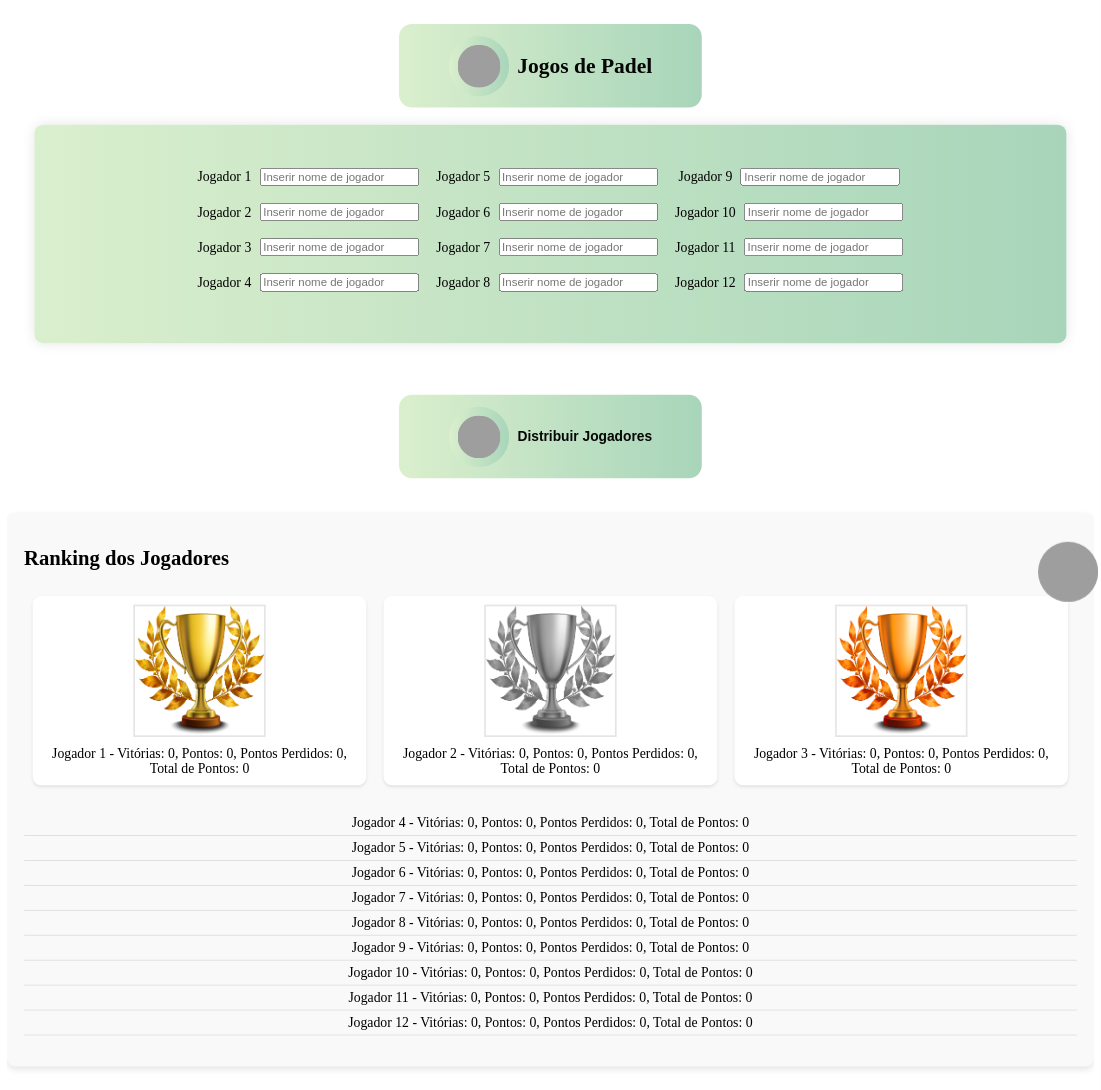
Repository: MarcioMiguel22/PadelMaster
Page: /calculadora
These files come from the project's save history. The page is drawn as it stood at one moment and after the next save; the edit follows.
The browser window is 1280 px wide. The pictures show the whole page, at 86% of full size.
Pictures or frames that could not be fetched are drawn as grey boxes. The project was rebuilt for these pictures with package versions that can differ from the ones it lists, and the page was loaded fresh each time. Also part of the build but not shown: vite.config.ts, src/pages/Home/Home.module.css, src/pages/Home/Home.tsx, src/components/components_calculadora/TrocarJogadoresButton.module.css, src/components/components_calculadora/TrocarJogadoresButton.tsx, src/components/components_calculadora/Campo.tsx, src/components/components_calculadora/Jogo.tsx, src/components/components_calculadora/ExportButton.module.css and 6 more.

Above is the page before, as saved 2024-06-21 09:49:28.

After the next save:
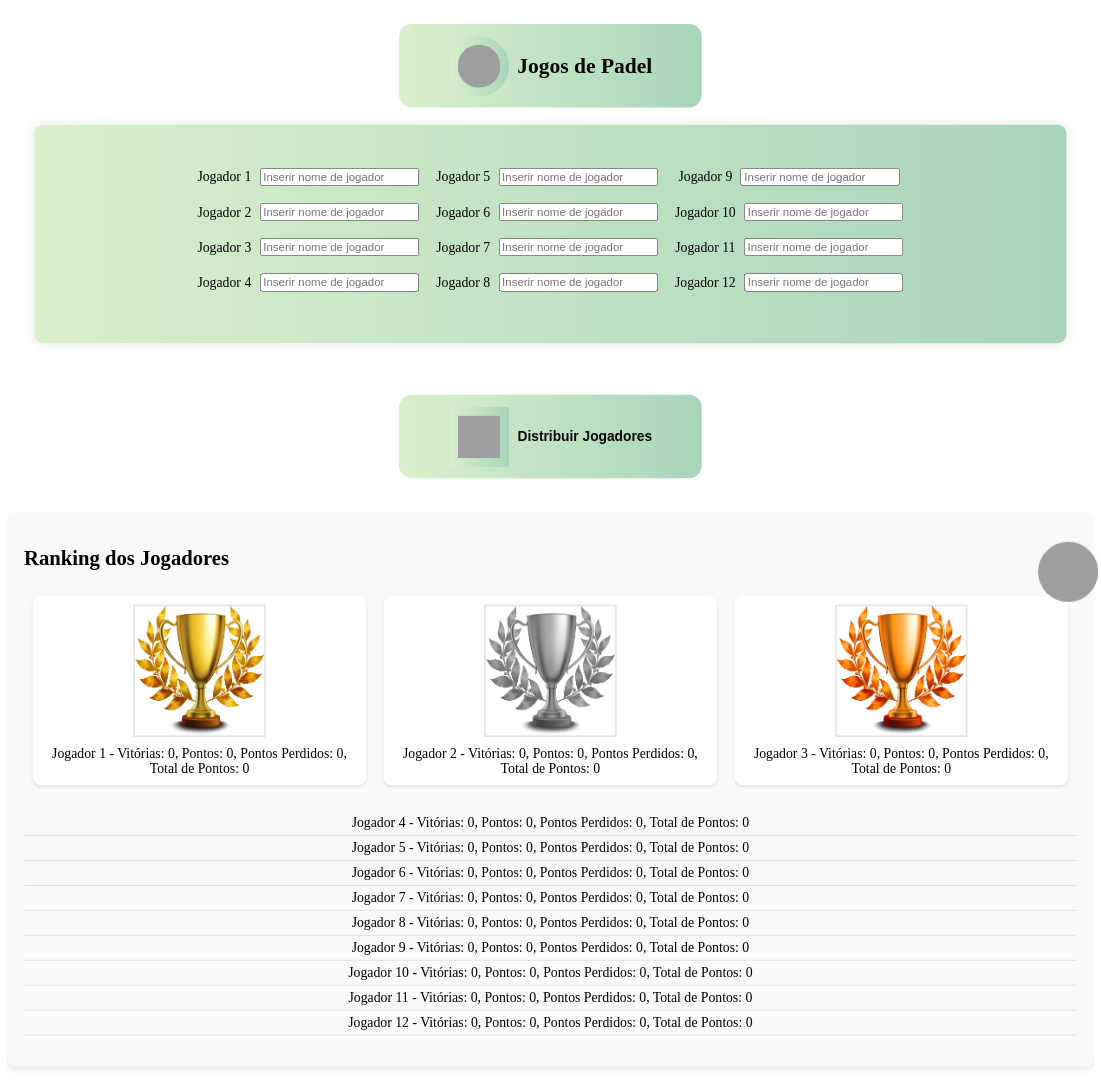
Saved 21 s later.
--- a/src/components/components_calculadora/DistributeButton.module.css
+++ b/src/components/components_calculadora/DistributeButton.module.css
@@ -28,7 +28,7 @@
   width: 50px;
   height: 50px;
   background: linear-gradient(to right, #daefcd, #a8d5ba);
-  border-radius: 90%;
+  border-radius: 5%;
   padding: 10px;
   transition: transform 1s ease-in-out; /* Adiciona uma transição suave */
 }

After the save that followed:
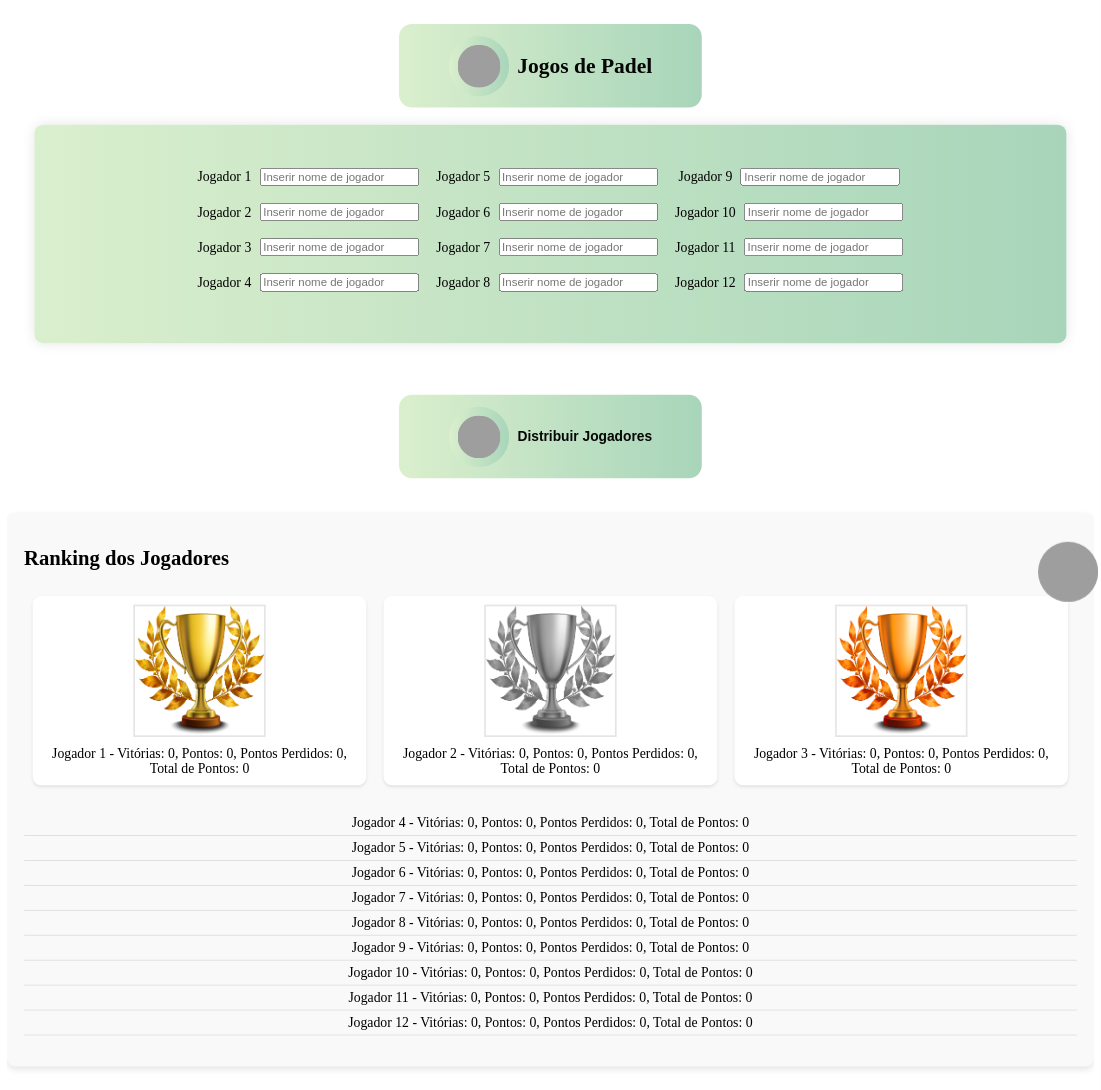
Saved 12 s later.
--- a/src/components/components_calculadora/DistributeButton.module.css
+++ b/src/components/components_calculadora/DistributeButton.module.css
@@ -28,7 +28,7 @@
   width: 50px;
   height: 50px;
   background: linear-gradient(to right, #daefcd, #a8d5ba);
-  border-radius: 5%;
+  border-radius: 100%;
   padding: 10px;
   transition: transform 1s ease-in-out; /* Adiciona uma transição suave */
 }
